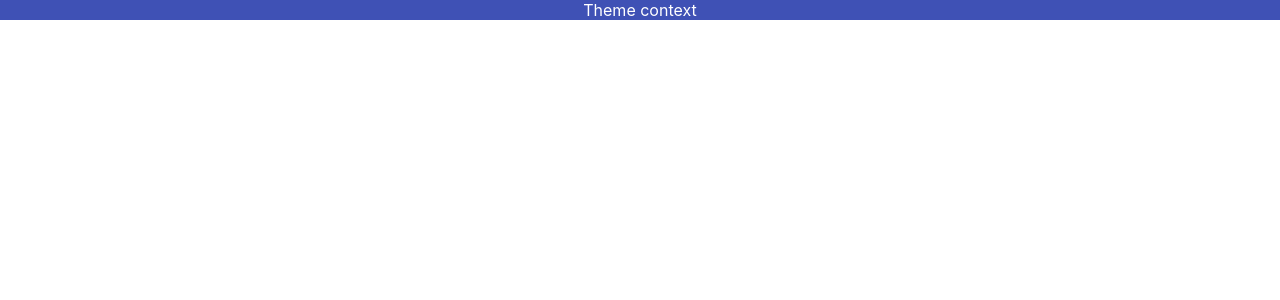
Repository: vuongtm1999/ALTA-exercise-1
Page: /
The author's editor kept a copy of each file at every save. The page is drawn from the files as they stood at one save, then again after the next save.
The browser window is 1280 px wide. The pictures show the whole page.
The project was rebuilt for these pictures with package versions that can differ from the ones it lists, and the page was loaded fresh each time.

Above is the page before, as saved 2022-10-26 10:30:24.

After the next save:
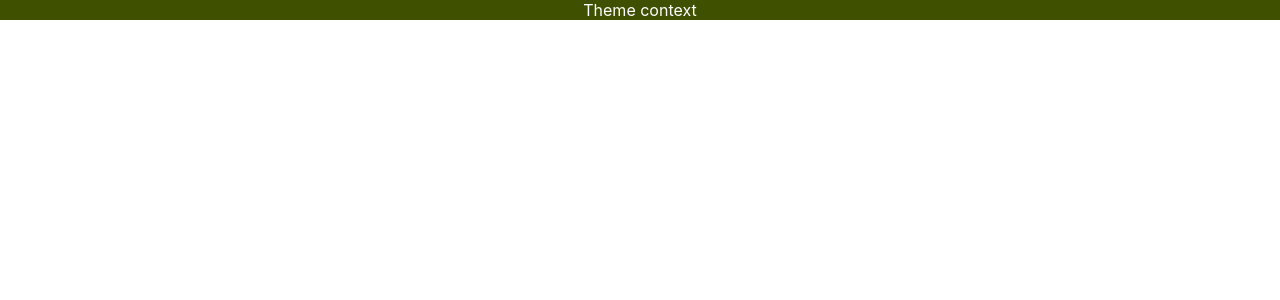
Saved 7 s later.
--- a/src/Context/ThemeContext.tsx
+++ b/src/Context/ThemeContext.tsx
@@ -15,7 +15,7 @@ export const ThemeContextProvider = ({
     //2 thuộc tính value là giá trị mặc định
   return <ThemeContext.Provider value={{
     primary: {
-        main: '#3f51b5',
+        main: '#3f5100',
         text: '#fff'
     },
     secondary: {
